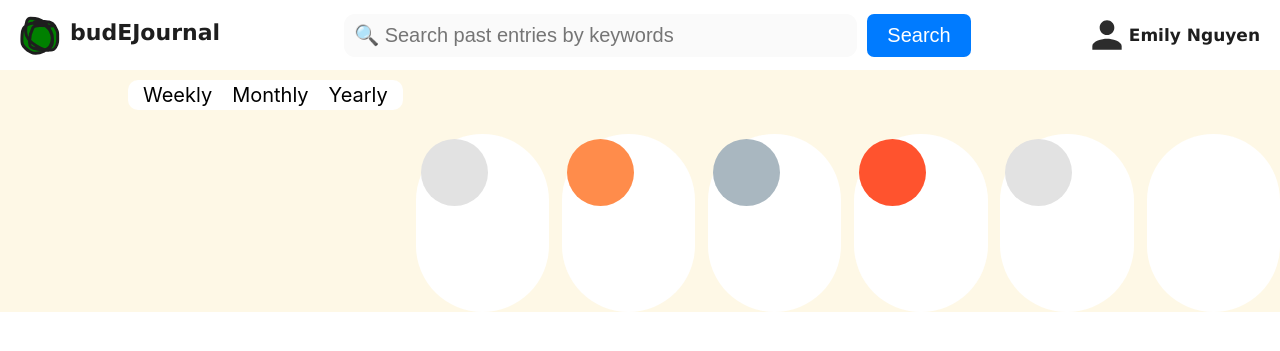
Repository: BaileyLuu/budejournal
Page: /
The author's editor kept a copy of each file at every save. The page is drawn from the files as they stood at one save, then again after the next save.
The browser window is 1280 px wide. The pictures show the whole page.
The project was rebuilt for these pictures with package versions that can differ from the ones it lists, and the page was loaded fresh each time. Also part of the build but not shown: src/pages/Home.js.

Above is the page before, as saved 2023-09-16 21:34:18.

### src/components/Navbar.js
import React, {useState} from 'react';
import './navbar.css'
const Navbar = () => {
  // need to add some userState here when user search past entries by keywords
  // and the onClick handler when user click search button
  const [searchKeywords, setSearchKeywords] = useState('')
  const handleSearchKeywords = (e) => {
    setSearchKeywords(e.target.value)
  }
  const handleSearch = ()=> {
    alert(searchKeywords)
  }

  return (
    <nav className="navbar">
      <div className="navbar-logo">
        <svg xmlns="http://www.w3.org/2000/svg" width="40" height="39" viewBox="0 0 40 39" fill="green">
          <path d="M32.2572 9.93512C28.647 9.93512 25.0058 9.50361 21.3736 9.50361C18.5545 9.50361 14.3076 8.99662 12.7914 11.9728C10.7255 16.028 9.63294 20.0533 9.60307 24.6543C9.58979 26.6986 9.16434 29.4896 10.9455 30.9591C12.8024 32.491 15.5242 33.0241 17.8496 33.3563C21.8908 33.9336 27.5229 33.9755 30.651 30.9591C32.909 28.7818 32.4921 25.5923 32.4729 22.7365C32.4414 18.0469 30.7636 14.0345 27.0791 11.0139C25.3639 9.6077 22.9308 8.02586 20.7383 7.48991C19.3171 7.14251 17.7043 7.32435 16.2435 7.17827C13.1567 6.86959 9.99712 7.02607 7.39759 8.85635C5.9706 9.86107 4.26017 10.8263 3.46608 12.4522C2.53474 14.3593 2.07932 16.8255 2.0517 18.9248C2.01512 21.7048 1.56037 25.0772 2.30341 27.7707C2.7832 29.51 4.30852 31.1782 5.5517 32.4214C6.79537 33.6651 8.12802 34.714 9.71094 35.4899C10.7344 35.9916 11.8281 36.9422 12.9832 37.0721C16.6211 37.4814 20.0419 37.1757 23.2674 35.442C25.926 34.013 28.6848 32.7071 30.2674 29.9522C31.8907 27.1265 32.4454 24.3578 32.2092 21.1303C32.081 19.378 31.5637 17.8693 30.8548 16.2879C29.9798 14.3361 29.4302 12.2643 28.2418 10.4625C25.9351 6.9654 22.0563 4.48141 18.1733 3.05499C15.9148 2.22533 12.8432 2.168 10.4421 2.168C8.0435 2.168 7.60785 3.09333 6.89416 5.10464C5.62747 8.67441 5.54884 12.7713 5.73149 16.5156C6.0155 22.3377 12.1813 27.2627 16.615 30.12C19.0655 31.6992 21.6402 33.0634 24.49 33.7759C26.582 34.2988 28.8294 34.0995 30.9746 34.0995C35.0359 34.0995 37.0507 29.2464 37.5311 26.0207C37.82 24.081 37.651 22.0303 37.651 20.0755C37.651 18.4952 37.8672 16.6603 37.1955 15.1731C35.9731 12.4664 35.1016 9.71032 32.7007 7.78957C31.6795 6.97263 30.1408 6.42936 28.913 6.05156C27.3869 5.58201 25.9172 5.79644 24.3822 5.51218C21.8709 5.04713 18.9458 4.96218 16.4233 5.30841C15.0453 5.49754 14.029 6.20885 13.2709 7.34608" stroke="#1E1E1E" stroke-width="3" stroke-linecap="round" />
        </svg>
        <span className="logo-name">budEJournal</span>
      </div>
      <div className="navbar-search">
        <input type="text" placeholder="🔍 Search past entries by keywords" value={searchKeywords} onChange={handleSearchKeywords} />
        <button onClick={handleSearch}>Search</button>
      </div>
      <div className="navbar-user">
        <svg xmlns="http://www.w3.org/2000/svg" width="44" height="44" viewBox="0 0 44 44" fill="none">
          <path d="M22 22C26.0517 22 29.3333 18.7183 29.3333 14.6667C29.3333 10.615 26.0517 7.33334 22 7.33334C17.9483 7.33334 14.6667 10.615 14.6667 14.6667C14.6667 18.7183 17.9483 22 22 22ZM22 25.6667C17.105 25.6667 7.33334 28.1233 7.33334 33V36.6667H36.6667V33C36.6667 28.1233 26.895 25.6667 22 25.6667Z" fill="#2C2C2C" />
        </svg>
        <span className="username-fontstyle">Emily Nguyen</span>
      </div>
    </nav>
  );
};

export default Navbar;

### src/components/Emoji.js
import React, { useState } from 'react';
import './emoji.css'

export default function Emoji() {
    return (
        <>
            <div className="emojiBG">
                <div className="emoji-period">
                    <div className="period">Weekly</div>
                    <div className="period">Monthly</div>
                    <div className='period'>Yearly</div>
                    {/* <button className="period-btn">Weekly</button>
                    <button className="period-btn">Monthly</button>
                    <button className="period-btn">Yearly</button> */}
                </div>
                <div className="emoji-mood">
                    <svg xmlns="http://www.w3.org/2000/svg" width="67" height="67" viewBox="0 0 67 67" fill="none">
                        <circle cx="33.5" cy="33.5" r="33.5" fill="#E2E2E2" />
                    </svg>
                </div>
                <div className="emoji-mood">
                    <svg xmlns="http://www.w3.org/2000/svg" width="67" height="67" viewBox="0 0 67 67" fill="none">
                        <circle cx="33.5" cy="33.5" r="33.5" fill="#FF8C4B" />
                    </svg>
                </div>
                <div className="emoji-mood">
                    <svg xmlns="http://www.w3.org/2000/svg" width="67" height="67" viewBox="0 0 67 67" fill="none">
                        <circle cx="33.5" cy="33.5" r="33.5" fill="#A9B7C0" />
                    </svg>
                </div>
                <div className="emoji-mood">
                <svg xmlns="http://www.w3.org/2000/svg" width="67" height="67" viewBox="0 0 67 67" fill="none">
  <circle cx="33.5" cy="33.5" r="33.5" fill="#FF532E"/>
</svg>
                </div>
                <div className="emoji-mood">
                <svg xmlns="http://www.w3.org/2000/svg" width="67" height="67" viewBox="0 0 67 67" fill="none">
  <circle cx="33.5" cy="33.5" r="33.5" fill="#E2E2E2"/>
</svg>
                </div>
                <div className="emoji-mood">

                </div>

                {/* <div className="mood-weekly">
                    <div className="mood">
                        <svg xmlns="http://www.w3.org/2000/svg" width="67" height="67" viewBox="0 0 67 67" fill="none">
                            <circle cx="33.5" cy="33.5" r="33.5" fill="#E2E2E2" />

                        </svg>

                    </div>
                </div> */}

            </div>

        </>

    );
}

### src/components/navbar.css
.navbar {
    display: flex;
    justify-content: space-between;
    align-items: center;
    background-color: #fff;
    color: #fff;
    padding: 10px 20px;
}

.navbar-logo {
    display: flex;
    margin-right: 10px;

}

.navbar-logo img {
    height: 50px;
}

.logo-name {
    color: #1E1E1E;
    font-family: Verdana;
    font-size: 22px;
    font-style: normal;
    font-weight: 700;
    line-height: 150%;
    margin-left:10px;
    align-items: center;
    /* 33px */
}

.navbar-search {
    display: flex;
    height: 50px;
    /* justify-content: center; */
    text-align: center;
    align-items: center;
    flex-grow: 0.5;
}

.navbar-search input[type="text"] {
    flex-grow: 1;
    width: 100%;
    padding: 10px;
    border: none;
    border-radius: 11px;
    background-color: #FAFAFA;
    font-size: 20px;
}

.navbar-search button {
    background-color: #007bff;
    color: #fff;
    border: none;
    border-radius: 7px;
    padding: 10px 20px;
    margin-left: 10px;
    cursor: pointer;
    font-size: 20px;
}

.navbar-user {
    display: flex;
    align-items: center;
}

.username-fontstyle {
    color: var(--black, #1E1E1E);
    font-family: Verdana;
    font-size: 17px;
    font-style: normal;
    font-weight: 700;
    line-height: 100%;
    /* 25.5px */
}

### src/components/emoji.css
.emojiBG{
    display:flex;
    background-color: #FEF8E6;
    width:100%;

}
.emoji-period{
    display:flex;
    margin-left:10%;
    margin-top:10px;
    flex-shrink: 0;
    border-radius:10px;
    padding:5px;
    height:20px;
    background-color: #ffffff;
    line-height: 0;
}
.period{
    display:inline-flex;
    height:auto;
    font-size:20px;
    padding:10px;
    border-radius: 10px;
    border-color:#ffffff;
    background-color:#ffffff;
    flex: 1;
    font-weight: 400;
    /* font-size:20px; */
    /* color: #3F3F3F;
    font-family: Inter;
    font-size: 16px;
    font-style: normal; */
    /* font-weight: 400; */
    /* line-height: normal; */
    padding:10px;
}
/* .mood-weekly{
    display:flex;
} */
/* .mood{
    width: 79px;
    height: 168px;
    flex-shrink: 0;
} */
.emoji-mood{
    display:flex;
    /* margin-left:10%; */
    margin-left:1%;
    margin-top:5%;
    /* flex-shrink: 0; */
    background-color: #ffffff;
    border-radius:100px;
    padding:5px;
    width: 750px;
    height: 168px;
}

Loaded but not shown: public/index.html (common file); src/index.js (common file); src/index.css (common file); src/App.js (common file); src/App.css (common file)

After the next save:
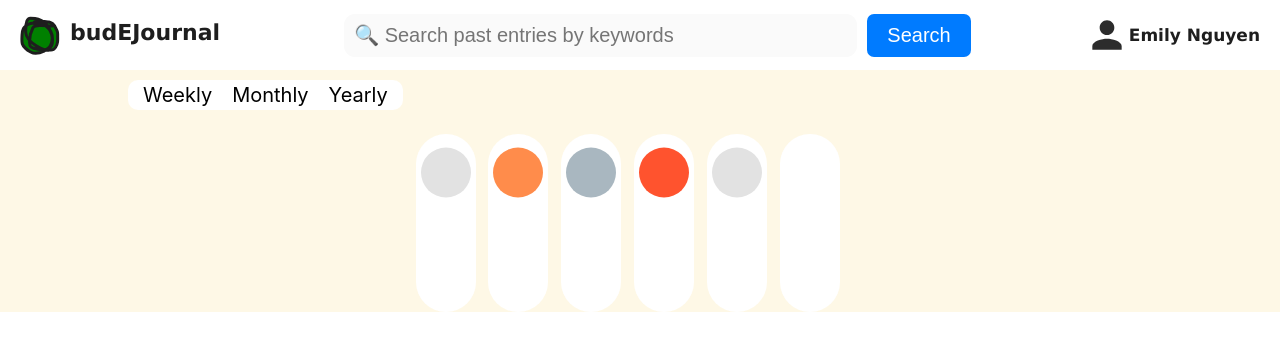
Saved 4 s later.
--- a/src/components/emoji.css
+++ b/src/components/emoji.css
@@ -51,6 +51,6 @@
     background-color: #ffffff;
     border-radius:100px;
     padding:5px;
-    width: 750px;
+    width: 50px;
     height: 168px;
 }
